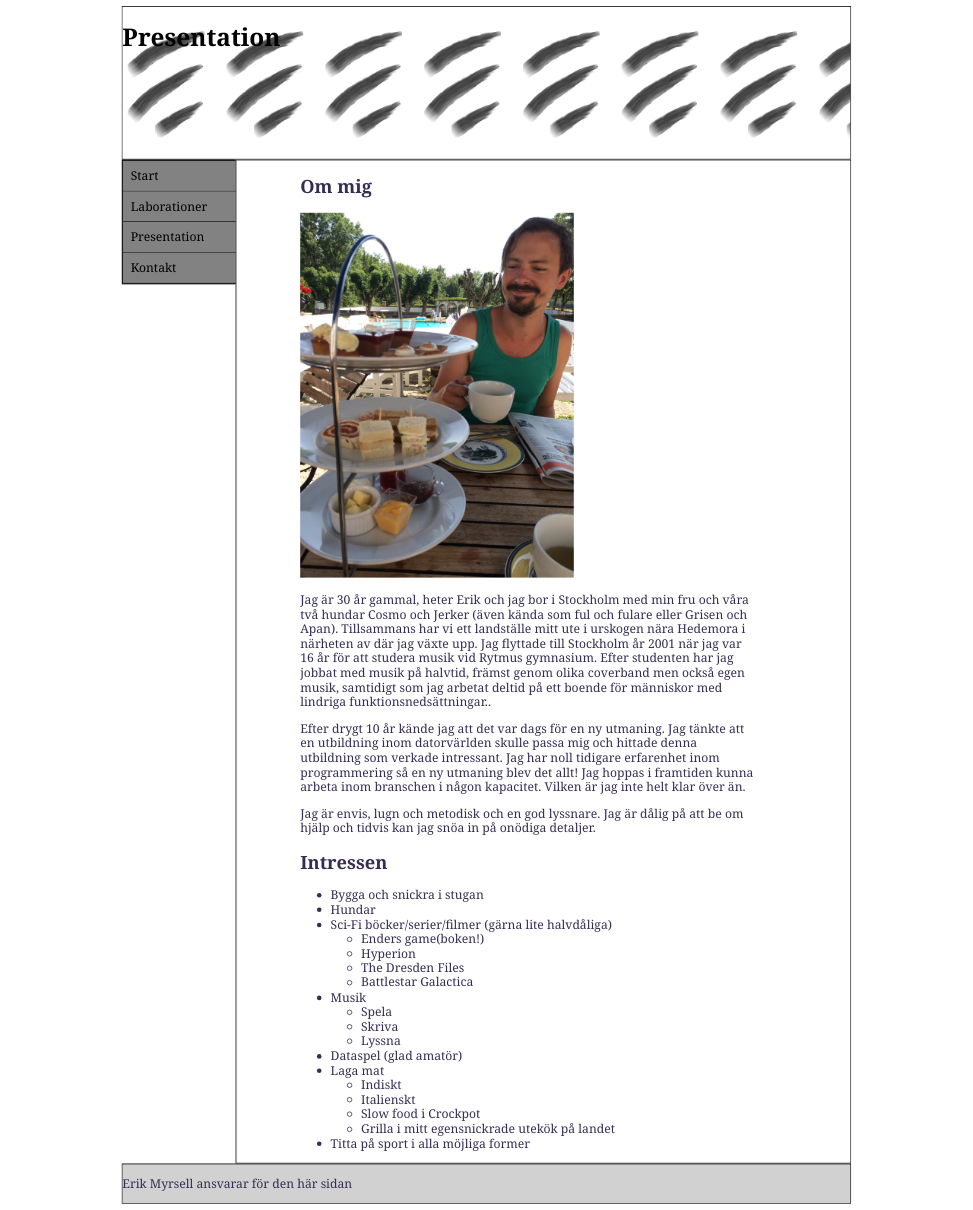
Repository: em222mt/1IK415_em222mt
Page: pages/presentation.html
The author's editor kept a record of every edit. The page is drawn from the files as they stood at one moment, then again after the next edit.
The browser window is 1280 px wide. The pictures show the whole page, at 76% of full size.

Above is the page before.

After the next edit:
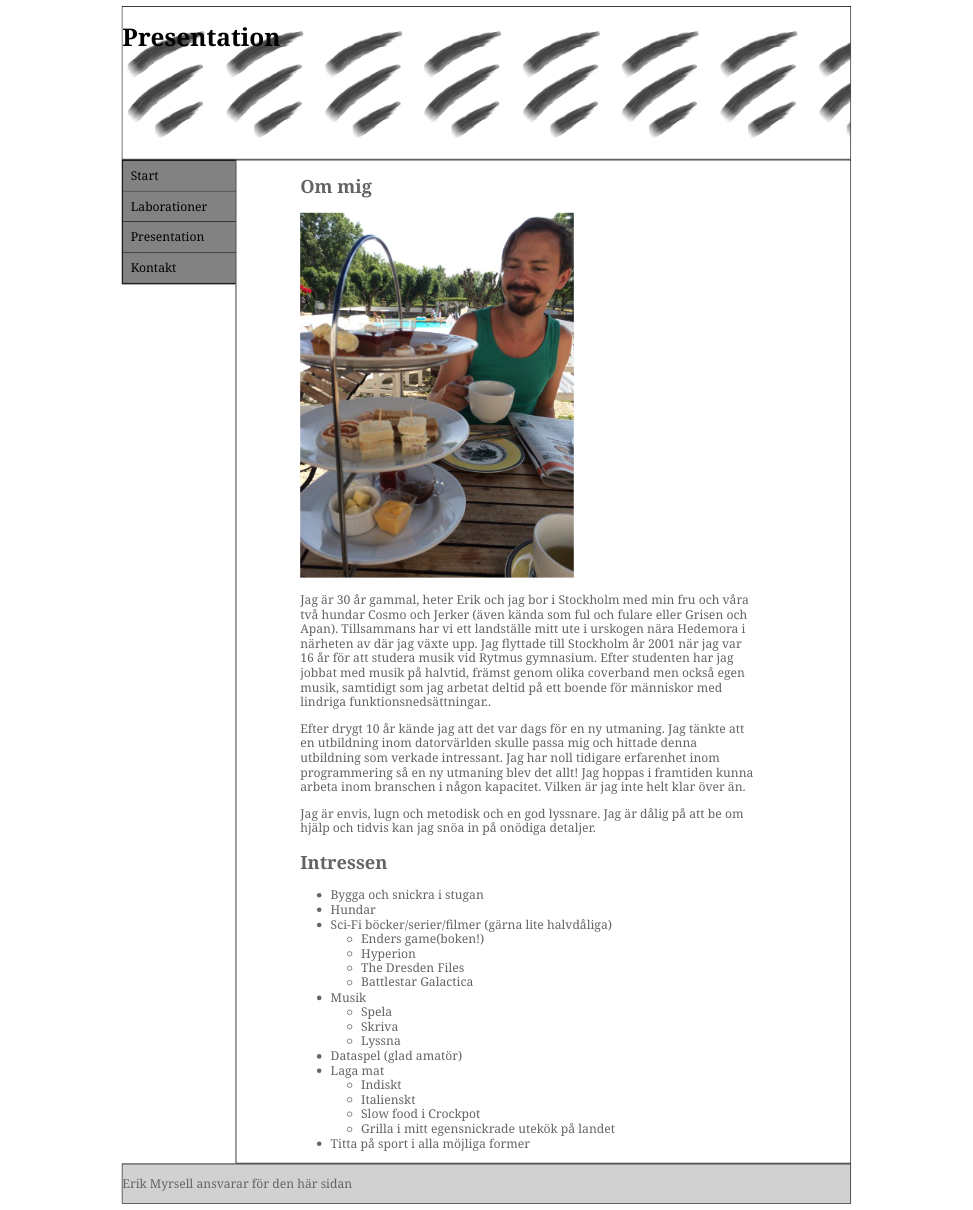
The edit:
--- a/css/basic.css
+++ b/css/basic.css
@@ -94,7 +94,7 @@
 }
 
 p, h1, h2, h3, ul, ol, li, form, table {
-    color: #372D53;
+    color: #646466;
     font-family: georgia , serif;
     line-height: 120%;
     width: 600px;
